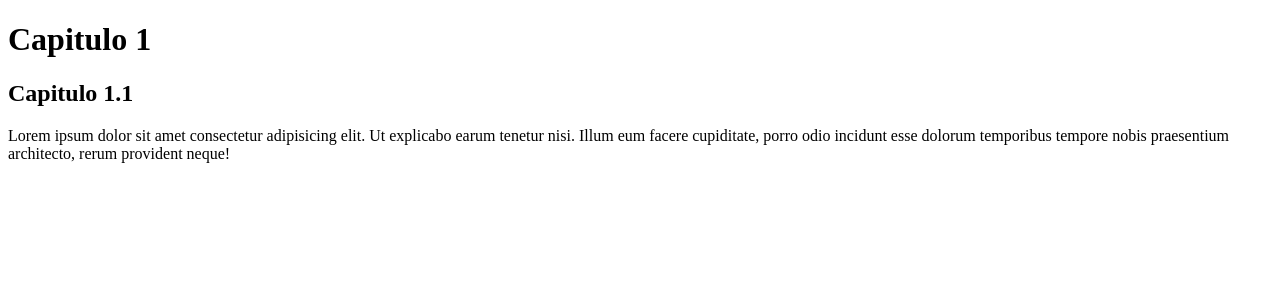
Repository: GabrielTrevisanMargrander/Html-Css
Page: Exercicios/ex013/index.html
These files come from the project's save history. The page is drawn as it stood at one moment and after the next save; the edit follows.
The browser window is 1280 px wide. The pictures show the whole page.

Above is the page before, as saved 2023-06-03 17:58:21.

After the next save:
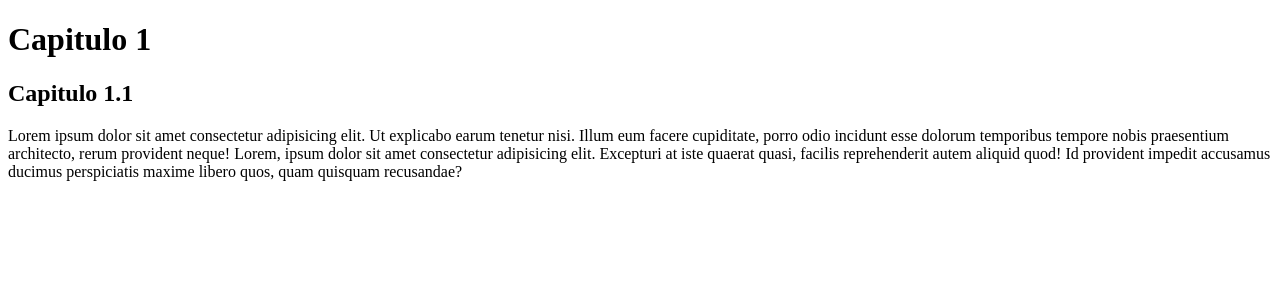
Saved 4 s later.
--- a/Exercicios/ex013/index.html
+++ b/Exercicios/ex013/index.html
@@ -9,6 +9,6 @@
 <body>
     <h1>Capitulo 1</h1>
     <H2>Capitulo 1.1</H2>
-    <p>Lorem ipsum dolor sit amet consectetur adipisicing elit. Ut explicabo earum tenetur nisi. Illum eum facere cupiditate, porro odio incidunt esse dolorum temporibus tempore nobis praesentium architecto, rerum provident neque!</p>
+    <p>Lorem ipsum dolor sit amet consectetur adipisicing elit. Ut explicabo earum tenetur nisi. Illum eum facere cupiditate, porro odio incidunt esse dolorum temporibus tempore nobis praesentium architecto, rerum provident neque! Lorem, ipsum dolor sit amet consectetur adipisicing elit. Excepturi at iste quaerat quasi, facilis reprehenderit autem aliquid quod! Id provident impedit accusamus ducimus perspiciatis maxime libero quos, quam quisquam recusandae?</p>
 </body>
 </html>
